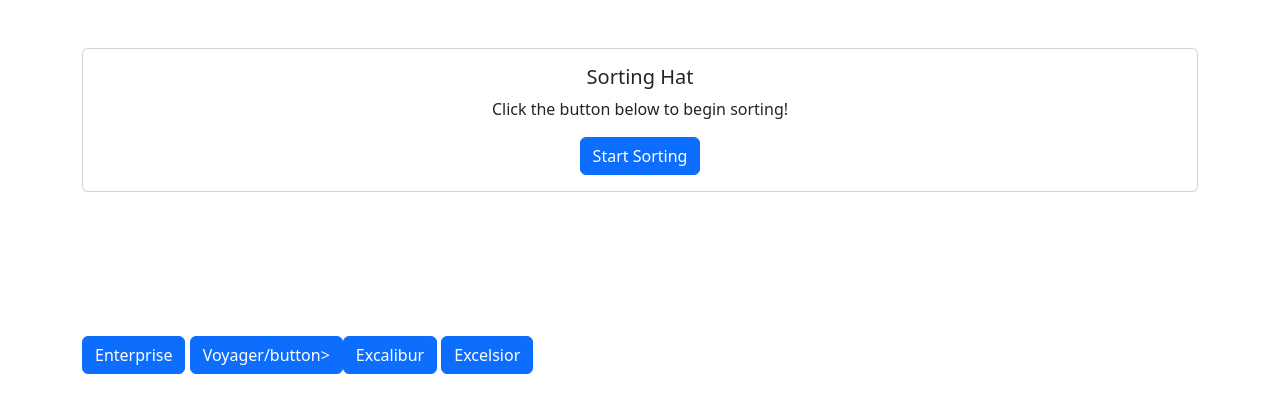
Repository: PaulPatterson48/ASSIGNMENT-StarFleet_academy
Page: index.html
These files come from the project's save history. The page is drawn as it stood at one moment and after the next save; the edit follows.
The browser window is 1280 px wide. The pictures show the whole page.

Above is the page before, as saved 2023-08-06 22:09:38.
Console error: ReferenceError: buttonFilter is not defined

After the next save:
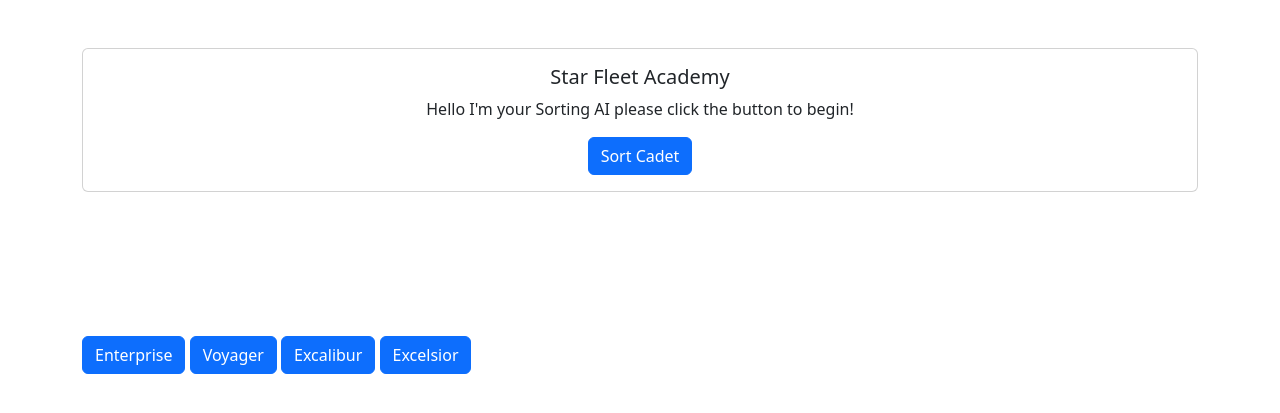
Saved 2 min 6 s later.
--- a/index.html
+++ b/index.html
@@ -13,9 +13,9 @@
   <div class="container mt-5">
     <div id="sortingHatCard" class="card text-center">
       <div class="card-body">
-        <h5 class="card-title">Sorting Hat</h5>
-        <p class="card-text">Click the button below to begin sorting!</p>
-        <button id="startSortingBtn" class="btn btn-primary">Start Sorting</button>
+        <h5 class="card-title">Star Fleet Academy</h5>
+        <p class="card-text">Hello I'm your Sorting AI please click the button to begin!</p>
+        <button id="startSortingBtn" class="btn btn-primary">Sort Cadet</button>
       </div>
     </div>
 
@@ -41,7 +41,7 @@
 
     <div class="mt-5">
       <button id="filterEnterprise" class="btn btn-primary mr-2">Enterprise</button>
-      <button id="filterVoyager" class="btn btn-primary mr-2">Voyager/button>
+      <button id="filterVoyager" class="btn btn-primary mr-2">Voyager</button>
       <button id="filterExcalibur" class="btn btn-primary mr-2">Excalibur</button>
       <button id="filterExcelsior" class="btn btn-primary">Excelsior</button>
     </div>
